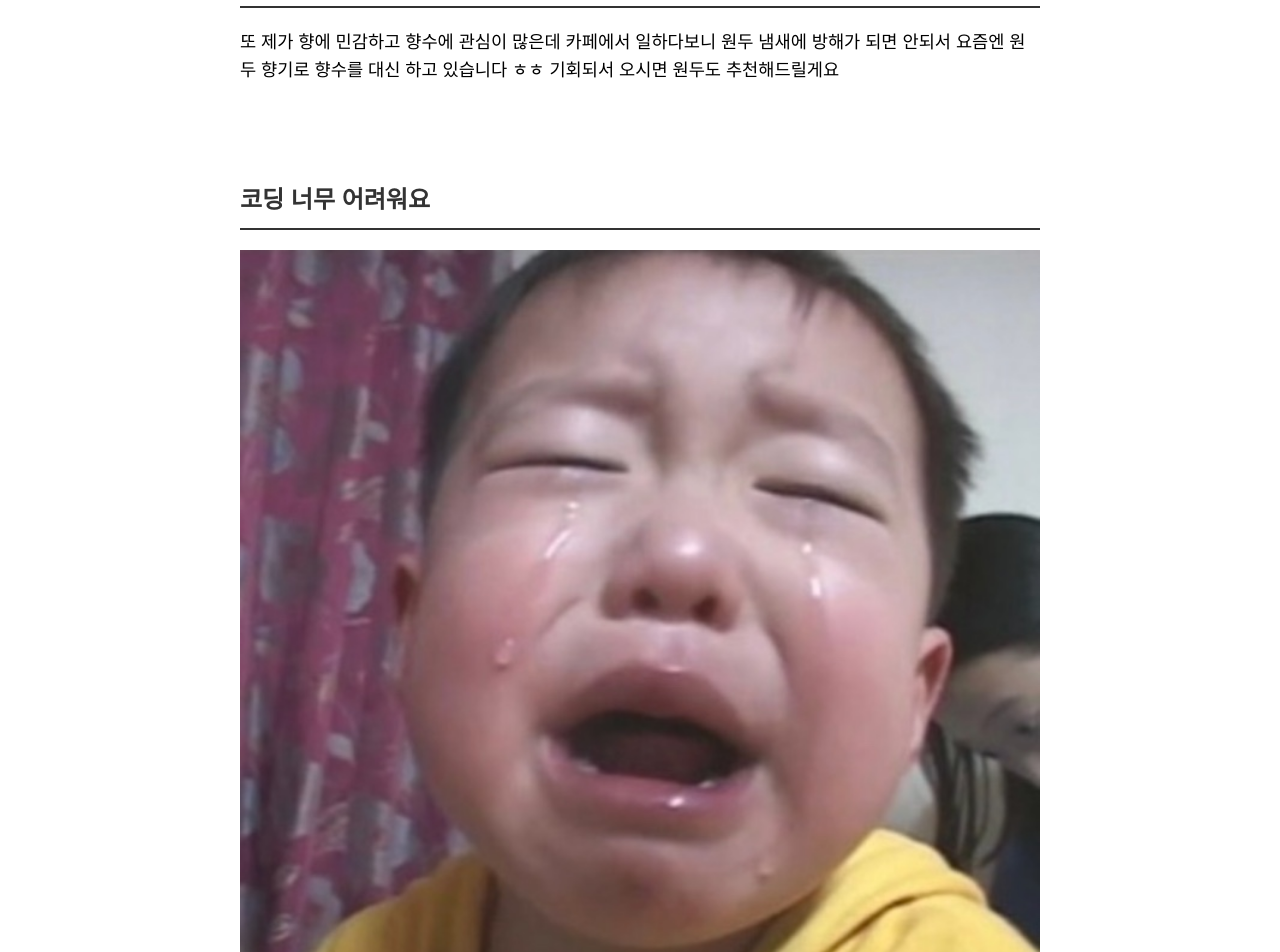
Repository: 211-k/211-k.github.io
Page: index.html
An editor plug-in stored every save of this project. The page is shown before and after the next save, followed by the edit.
The browser window is 1280 px wide. The pictures show the part of the page from y = 3386 to 4338 px (the page is 4514 px tall before and 4317 px after).
A picture or video elsewhere on the page could not be fetched, so the positions and the page height are approximate.

Above is the page before, as saved 2023-03-23 02:05:36.

After the next save:
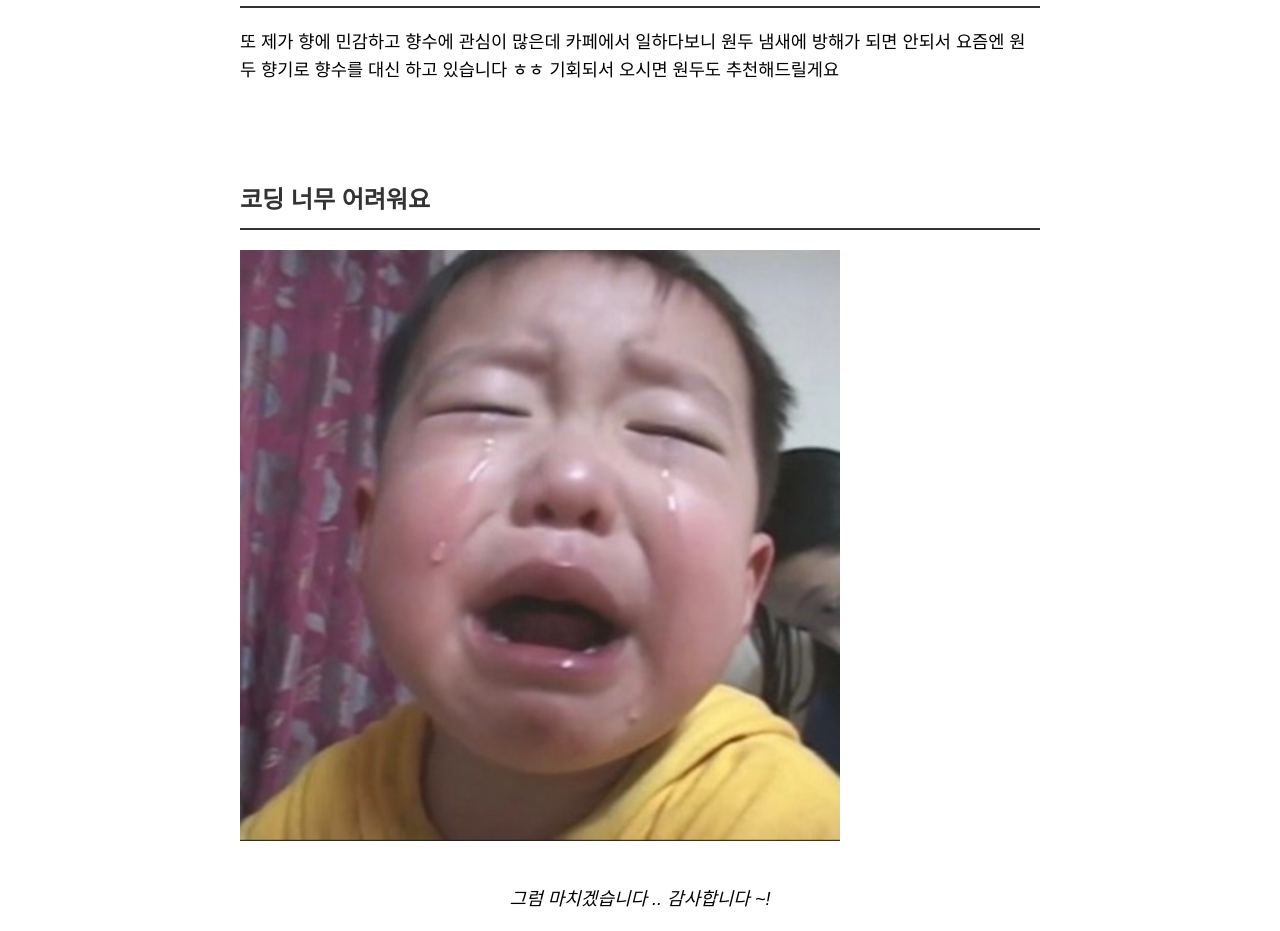
Saved 7 s later.
--- a/index.html
+++ b/index.html
@@ -58,7 +58,7 @@
     </div>
     <div>
         <h2 class="subtitle">코딩 너무 어려워요</h2>
-        <img src="./cry.jpeg" width="800px" alt="">
+        <img src="./cry.jpeg" width="600px" alt="">
     </div>
     <p class="end">그럼 마치겠습니다 .. 감사합니다 ~!</p>
 </body>
